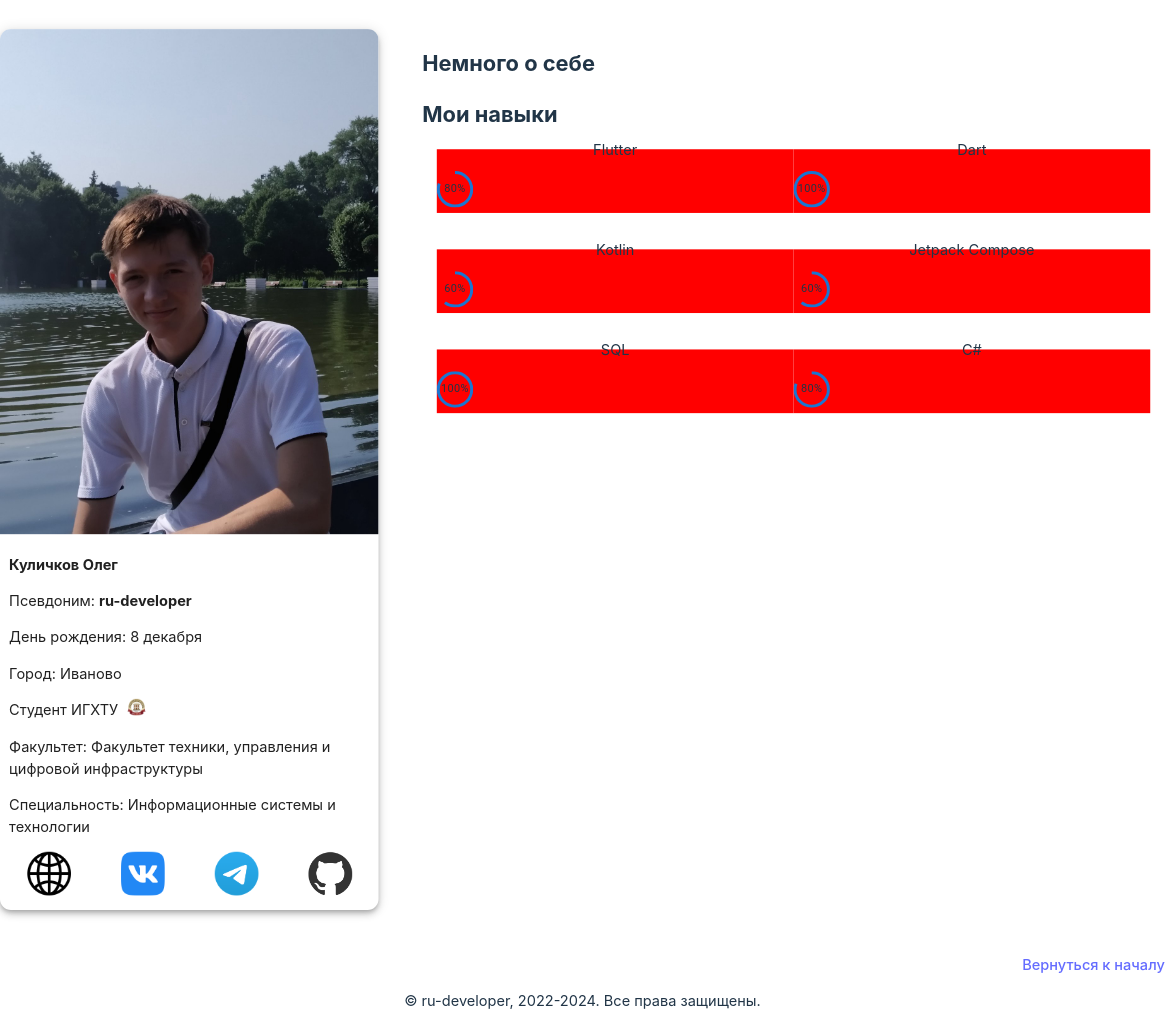
Repository: HubOl01/my_profile
Page: /
An editor plug-in stored every save of this project. The page is shown before and after a run of saves, followed by the edit.
The browser window is 1280 px wide. The pictures show the whole page, at 91% of full size.
The project was rebuilt for these pictures with package versions that can differ from the ones it lists, and the page was loaded fresh each time. Also part of the build but not shown: vite.config.ts, src/components/header/Header.module.scss, src/data/websites.ts.

Above is the page before, as saved 2024-03-09 10:54:32.

After the next 2 saves:
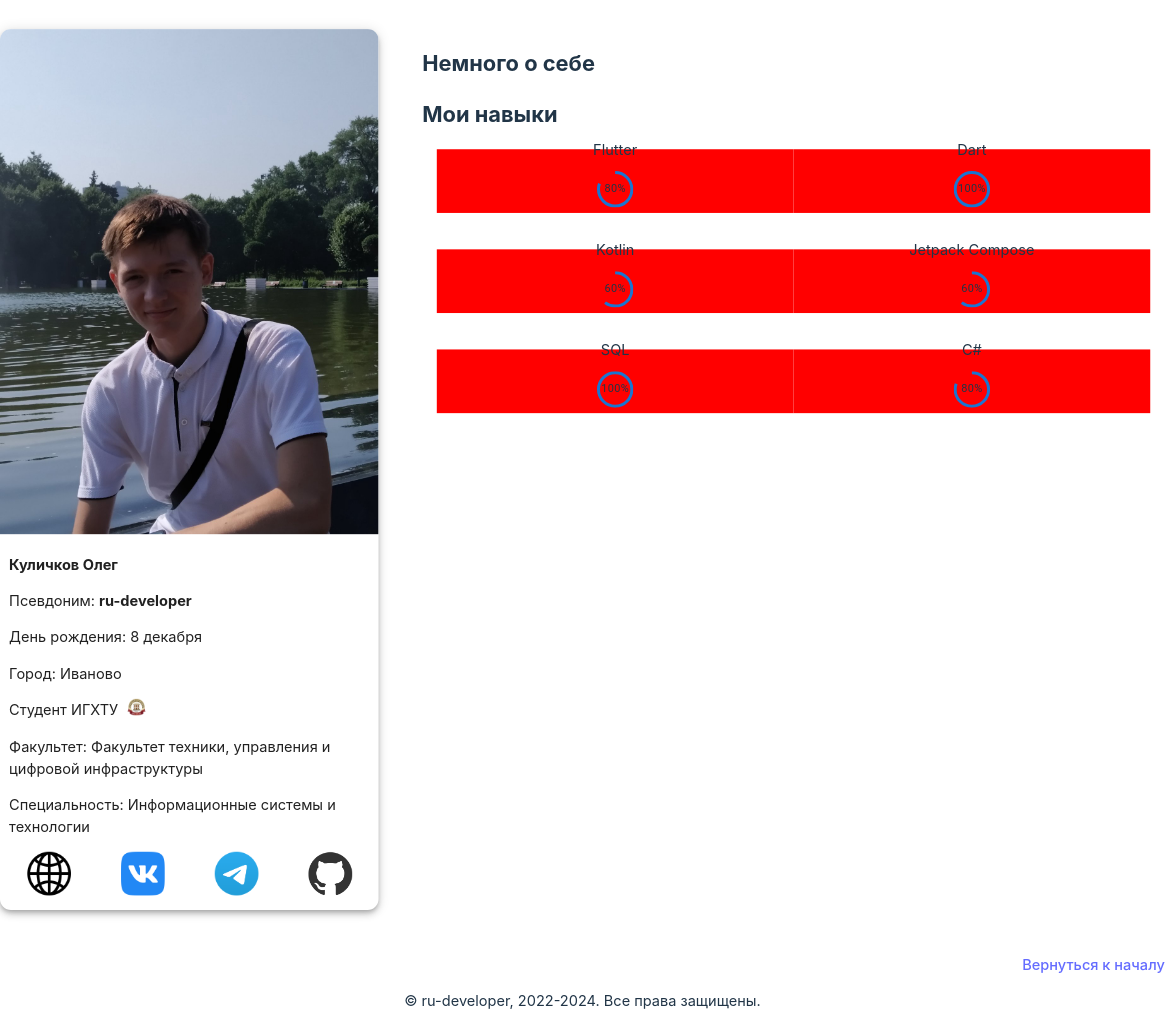
The 2 saves are shown as one change because they came seconds apart.
The last was saved 11 s later.
--- a/src/components/center/Common.tsx
+++ b/src/components/center/Common.tsx
@@ -20,6 +20,7 @@ export default function Common() {
             <Grid xs={6}>
               <Box sx={{
                 // width: "100%",
+                "textAlign": "center",
                 background: "red",
               }}
               ><div style={{
